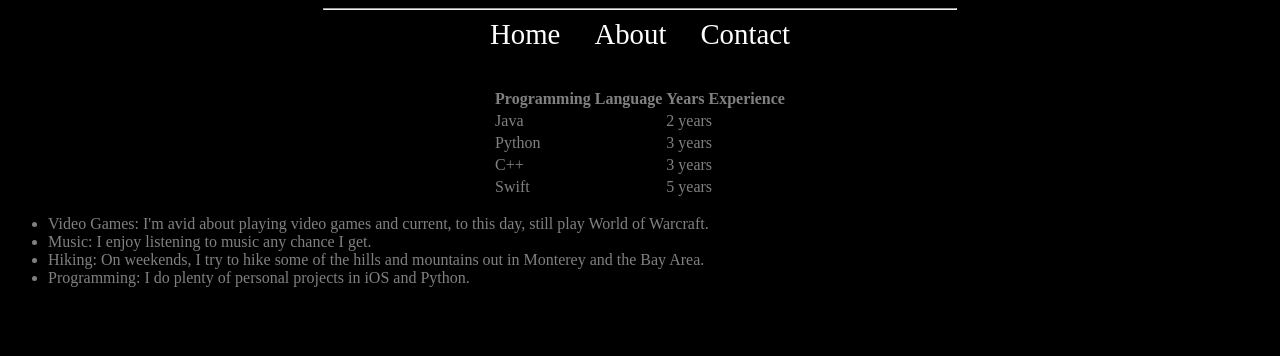
Repository: Sovereign5/cst336
Page: hbs/public/personal_portfolio/about.html
The author's editor kept a record of every edit. The page is drawn from the files as they stood at one moment, then again after the next edit.
The browser window is 1280 px wide. The pictures show the whole page.

Above is the page before.

### hbs/public/personal_portfolio/about.html
<!DOCTYPE html>
<html>
<!--

First Website
and comment
in html
(comments can span multiple lines)

-->

<!-- This is the head -->
<!-- All styles and javascript go inside the head -->
    <head>
        <meta charset="utf-8" />
        <title>Christopher Garica: Personal Website</title>
        <link href="css/styles.css" rel="stylesheet" type="text/css" />
    </head>
<!-- closing head -->
    <nav>
        <hr width="50%" />
        <a href="index.html">Home</a>
        <a id="selected" href="about.html">About</a>
        <a href="contact.html">Contact</a>
    </nav>
    <br /><br />
    <!-- This is the body -->
    <!-- This is where we place the content of our website -->

    <div id="content">
        <table>
            <tr id="table-header">
                <td><strong>Programming Language</strong></td>
                <td><strong>Years Experience</strong></td>
            </tr>
            <tr class="table-row">
                <td>Java</td>
                <td>2 years</td>
            </tr>
            <tr class="table-row">
                <td>Python</td>
                <td>3 years</td>
            </tr>
            <tr class="table-row">
                <td>C++</td>
                <td>3 years</td>
            </tr>
            <tr class="table-row">
                <td>Swift</td>
                <td>5 years</td>
            </tr>
        </table>

        <ul>
            <li><span class="hobby">Video Games:</span> I'm avid about playing video games and current, to this day, still play World of Warcraft.</li>
            <li><span class="hobby">Music:</span> I enjoy listening to music any chance I get.</li>
            <li><span class="hobby">Hiking:</span> On weekends, I try to hike some of the hills and mountains out in Monterey and the Bay Area.</li>
            <li><span class="hobby">Programming:</span> I do plenty of personal projects in iOS and Python.</li>
        </ul>
    </div>
</html>

### hbs/public/personal_portfolio/css/styles.css
body {
    background-color: black;
    color: gray;
}

header, main, nav, footer {
    text-align: center;
}

nav a {
    padding:15px;
    padding-bottom: 4px;
    font-size: 1.8em;
    text-decoration: none; /*removes underline*/
    color: white; /*removes default blue text*/
}

#selected {
    font-family: cursive;
}

nav a:hover {
    border-bottom: 2px orange solid;
    font-size: 2em;
    transition: .9s;
}

#me, #welcomeText {
    float: left;
}

footer {
    clear: left;
    font-size: 0.9em;
    color: orange;
}

#CSUMBImage {
    float: right;
    padding-right: 50px
}

table {
    margin: 0px auto;
}

After the next edit:
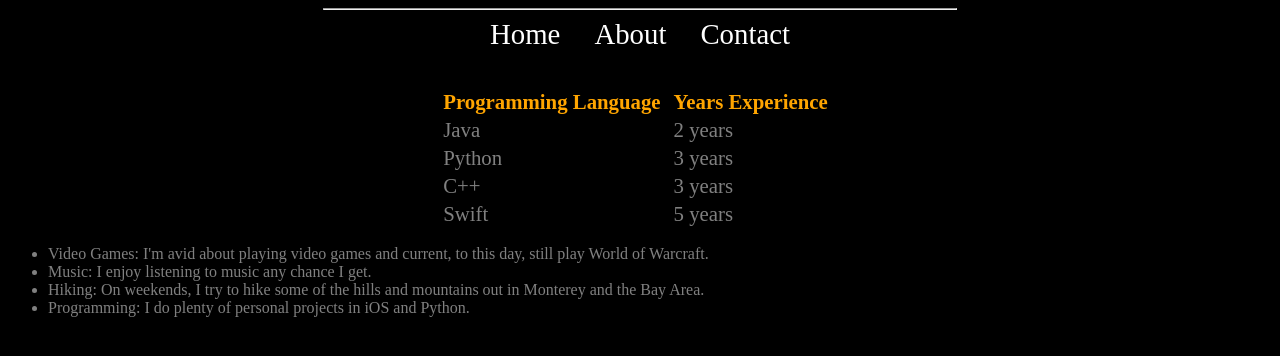
The edit:
--- a/hbs/public/personal_portfolio/css/styles.css
+++ b/hbs/public/personal_portfolio/css/styles.css
@@ -43,3 +43,20 @@ footer {
 table {
     margin: 0px auto;
 }
+
+td {
+    padding-right: 10px;
+    font-size: 1.3em;
+}
+
+td strong {
+    color: orange;
+}
+
+#table-header {
+    color: #351a00;
+}
+
+.table-row {
+    background-color: #75300;
+}
